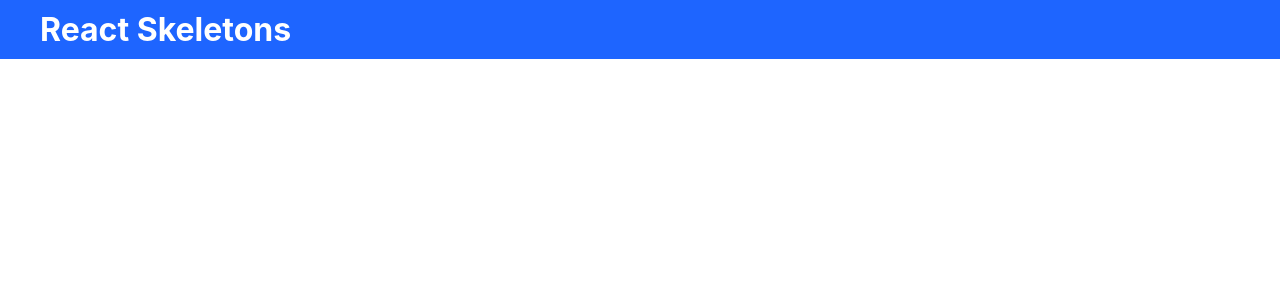
Repository: hwangstar156/React-skeleton-image
Page: /
The author's editor kept a copy of each file at every save. The page is drawn from the files as they stood at one save, then again after the next save.
The browser window is 1280 px wide. The pictures show the whole page.
The project was rebuilt for these pictures with package versions that can differ from the ones it lists, and the page was loaded fresh each time.

Above is the page before, as saved 2021-10-02 00:21:10.

### src/index.css
body {
  margin: 0;
  font-family: -apple-system, BlinkMacSystemFont, 'Segoe UI', 'Roboto', 'Oxygen',
    'Ubuntu', 'Cantarell', 'Fira Sans', 'Droid Sans', 'Helvetica Neue',
    sans-serif;
  -webkit-font-smoothing: antialiased;
  -moz-osx-font-smoothing: grayscale;
}

code {
  font-family: source-code-pro, Menlo, Monaco, Consolas, 'Courier New',
    monospace;
}

header {
  background : #1e65ff;
  padding : 10px;
}

header h1 {
  color : white;
  max-width: 1200px;
  margin : 0 auto;
}

### src/App.js
import React from "react";

function App() {
  return (
    <div className="App">
      <header>
        <h1>React Skeletons</h1>
      </header>
      <div className="content"></div>
    </div>
  );
}

export default App;

### src/component/Article.js
import React from "react";

const Articles = () => {
  return (
    <div className="articles">
      <h2>Articles</h2>
    </div>
  );
};

export default Articles;

### src/component/User.js
import React from "react";

const User = () => {
  return (
    <div className="user">
      <h2>User</h2>
    </div>
  );
};

export default User;

Loaded but not shown: public/index.html (common file); src/index.js (common file)

After the next save:
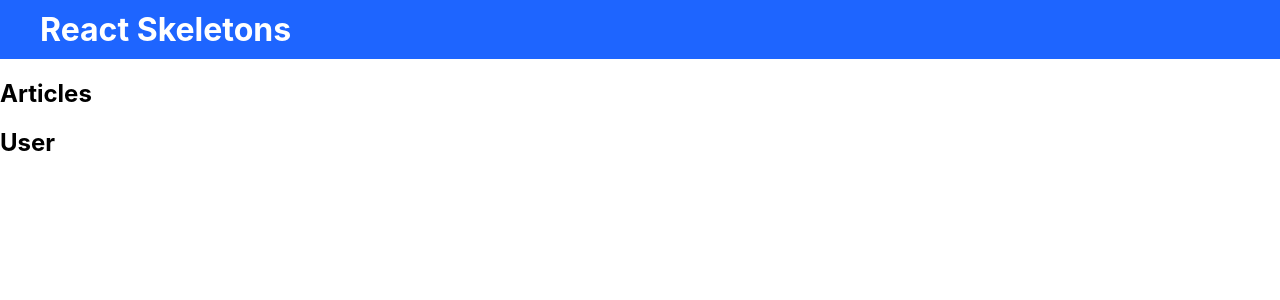
Saved 79 s later.
--- a/src/App.js
+++ b/src/App.js
@@ -1,12 +1,17 @@
 import React from "react";
 
+import Articles from "./component/Article";
+import User from "./component/User";
 function App() {
   return (
     <div className="App">
       <header>
         <h1>React Skeletons</h1>
       </header>
-      <div className="content"></div>
+      <div className="content">
+        <Articles />
+        <User />
+      </div>
     </div>
   );
 }
